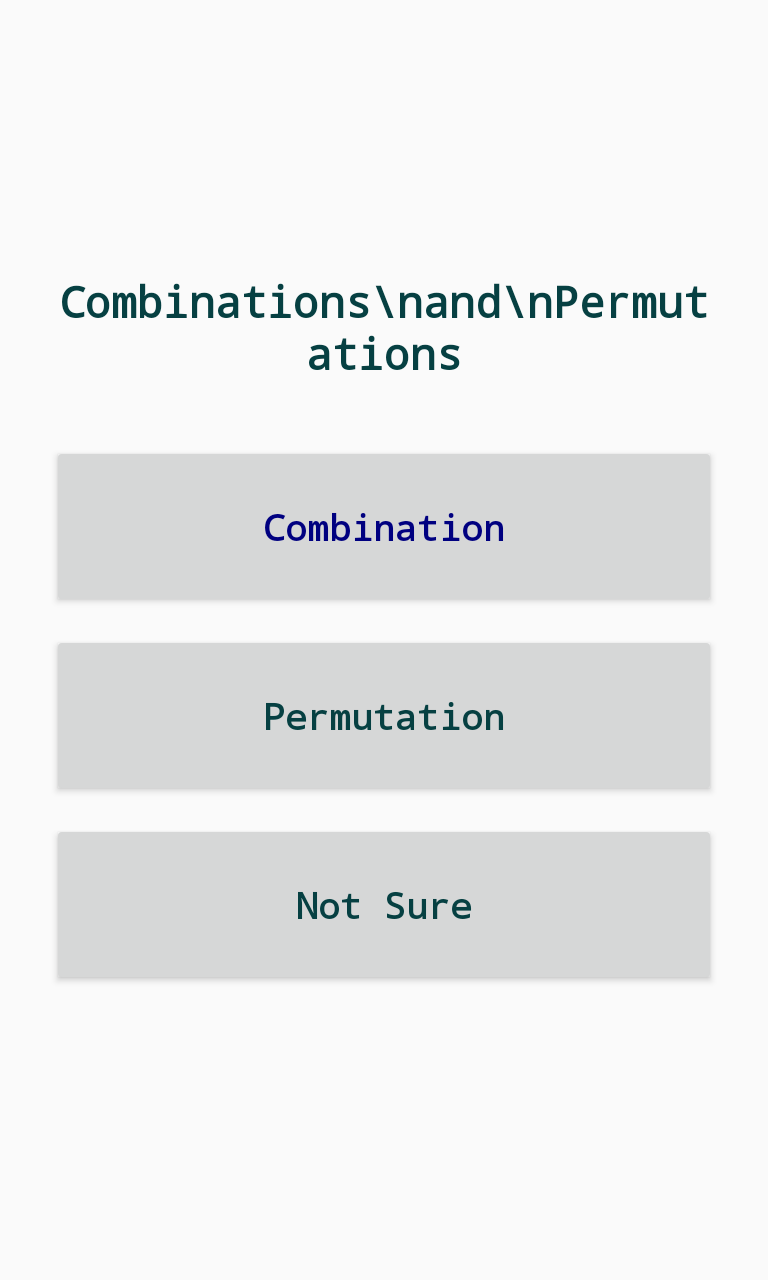
Repository: rontejada1991/Combinations-and-Permutations-Android-App
Layout: combinations/res/layout/activity_main.xml
These files come from the project's save history. The layout is drawn as it stood at one moment and after the next save; the edit follows.
It is drawn on a 768 x 1280 px phone screen (xhdpi) without system bars, with theme AppTheme; the app's code is not run.

Above is the layout before, as saved 2014-11-07 20:46:21.

After the next save:
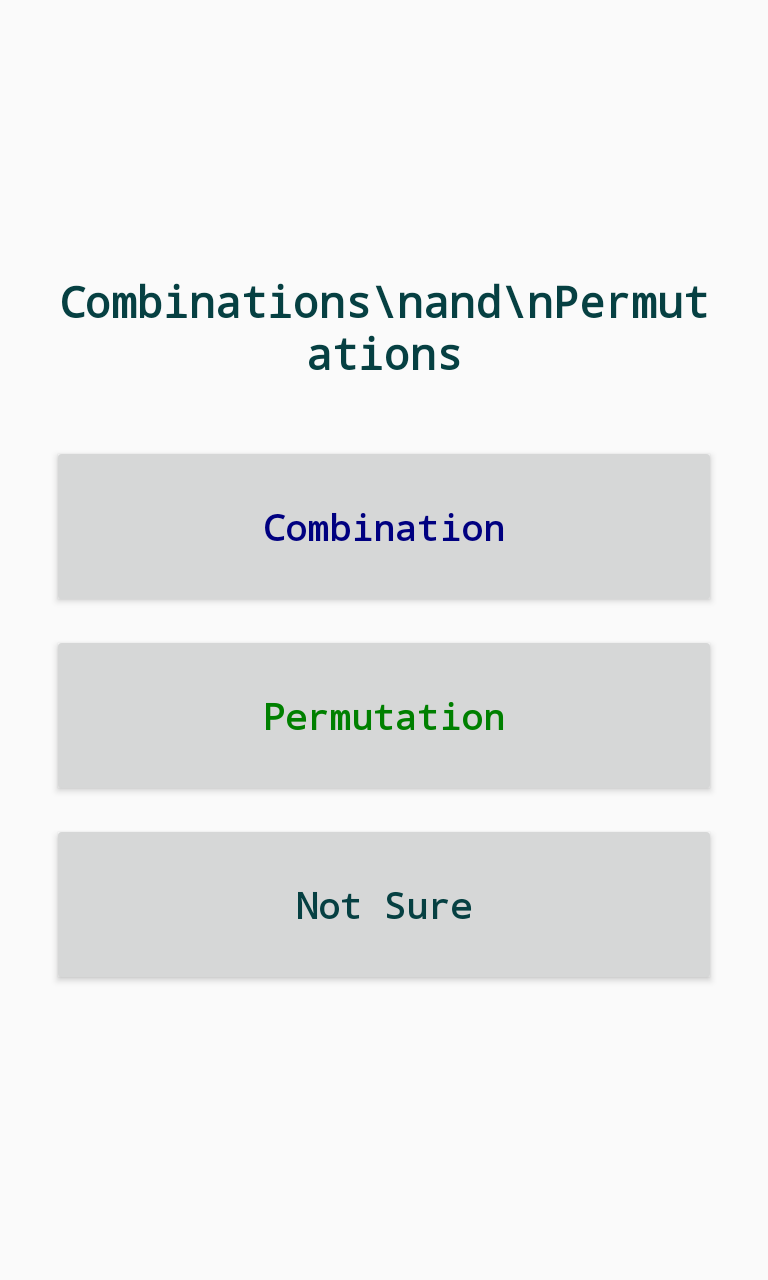
Saved 17 s later.
--- a/combinations/res/layout/activity_main.xml
+++ b/combinations/res/layout/activity_main.xml
@@ -29,6 +29,7 @@
         style="@style/CodeFont.Med"
         android:text="Permutation"
         android:padding="30dp"
+        android:textColor="#008000"
         android:layout_width="fill_parent"
         android:layout_marginBottom="10dp"
         android:onClick="onBeginPressed" />
